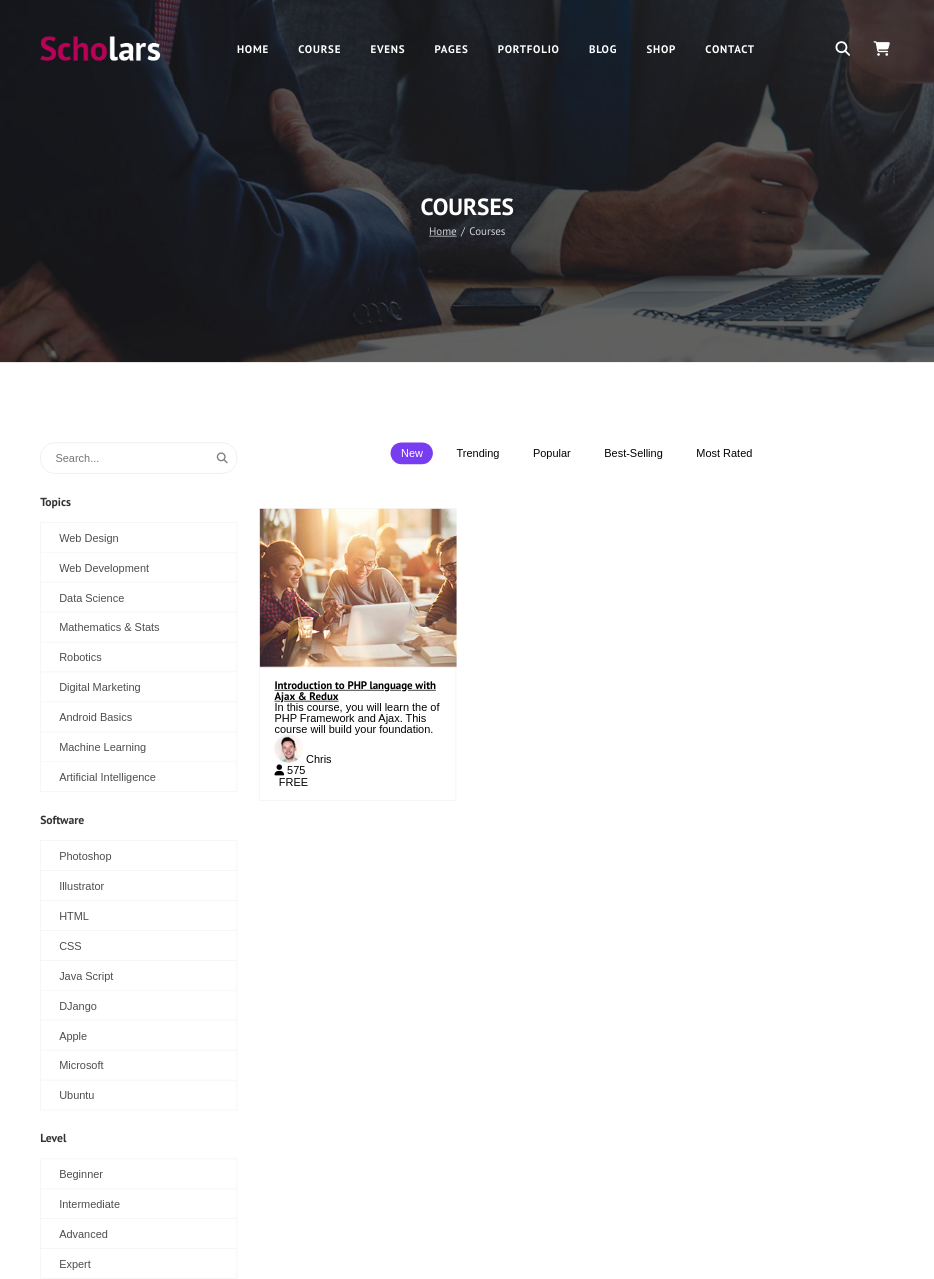
Repository: lannguyen1301/f8-zoom-day-7
Page: index.html
The author's editor kept a copy of each file at every save. The page is drawn from the files as they stood at one save, then again after the next save.
The browser window is 1280 px wide. The pictures show the whole page, at 73% of full size.
Some web fonts or font styles are not loaded; a fallback is used.

Above is the page before, as saved 2025-04-25 07:14:45.

After the next save:
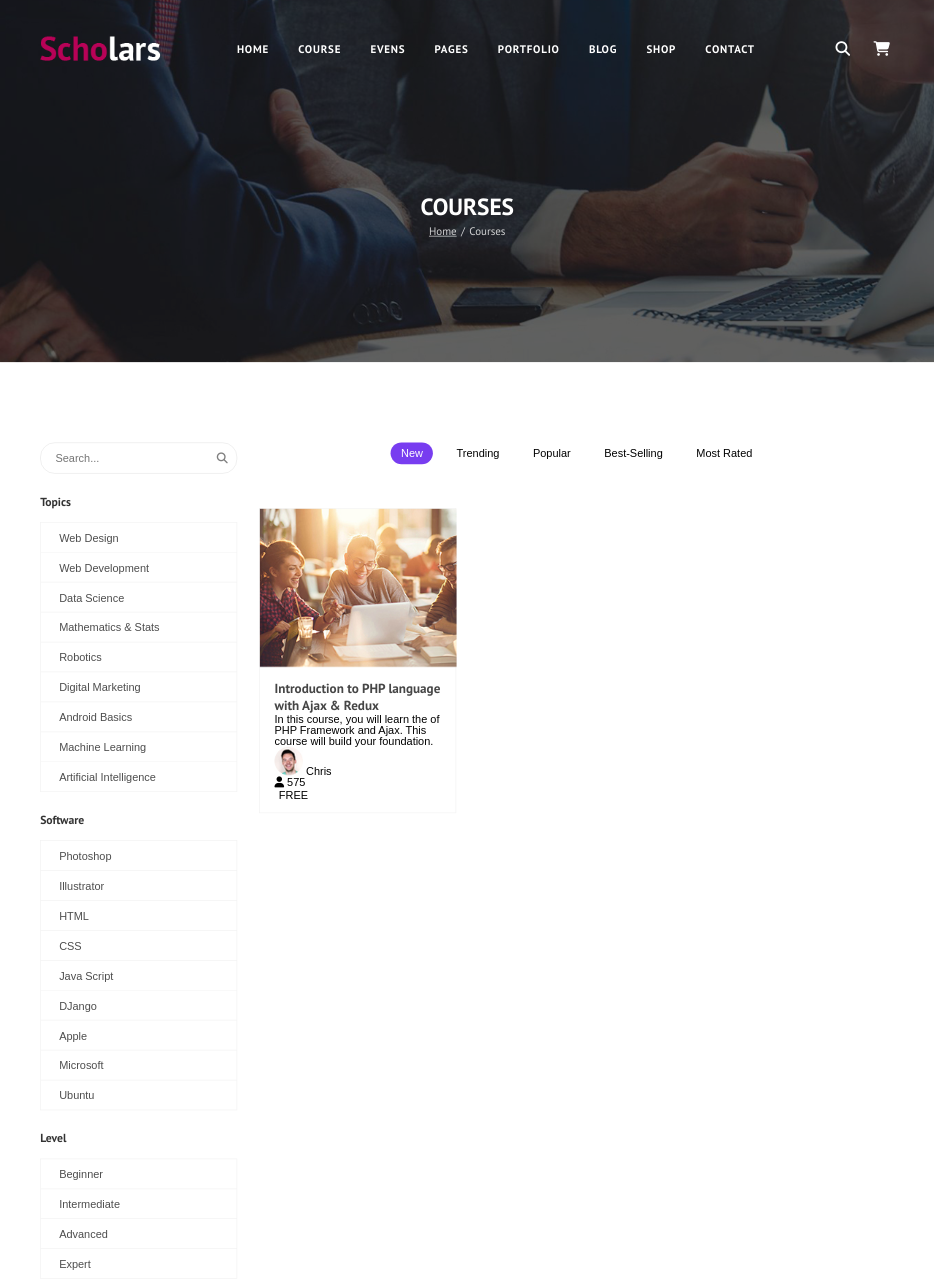
Saved 18 s later.
--- a/assets/css/style.css
+++ b/assets/css/style.css
@@ -281,7 +281,7 @@ ul.menu li + li {
     padding: 15px 20px;
 }
 
-.course-item .course-title a {
+.courses-item .course-title a {
     font-size: 1.8rem;
     color: #464646;
     text-decoration: none;
